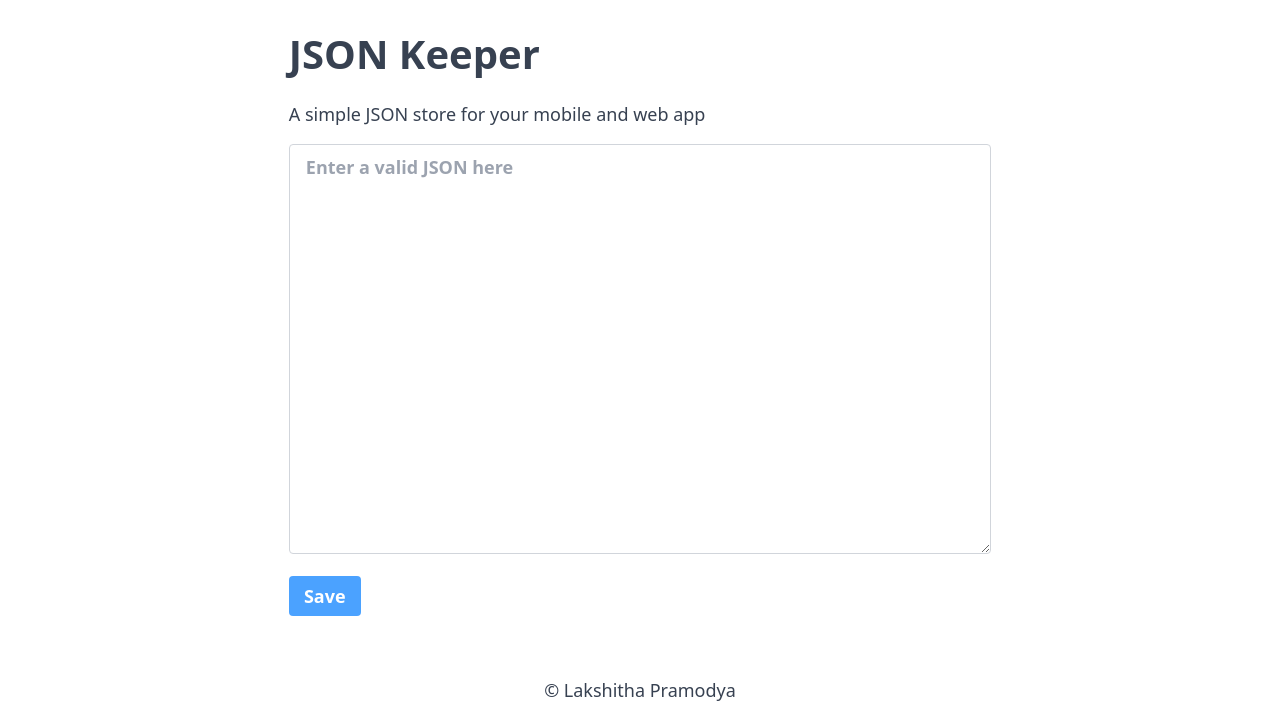
Repository: lakshithapramodya/jsonhub
Page: / (app in client/)
These files come from the project's save history. The page is drawn as it stood at one moment and after the next save; the edit follows.
The browser window is 1280 px wide. The pictures show the whole page.
The page's requests for data from a server got no answer. The project was rebuilt for these pictures with package versions that can differ from the ones it lists, and the page was loaded fresh each time. No one was signed in, and anything a server would have sent is missing. Also part of the build but not shown: client/src/HandleJsonData.js.

Above is the page before, as saved 2023-05-14 15:30:22.

After the next save:
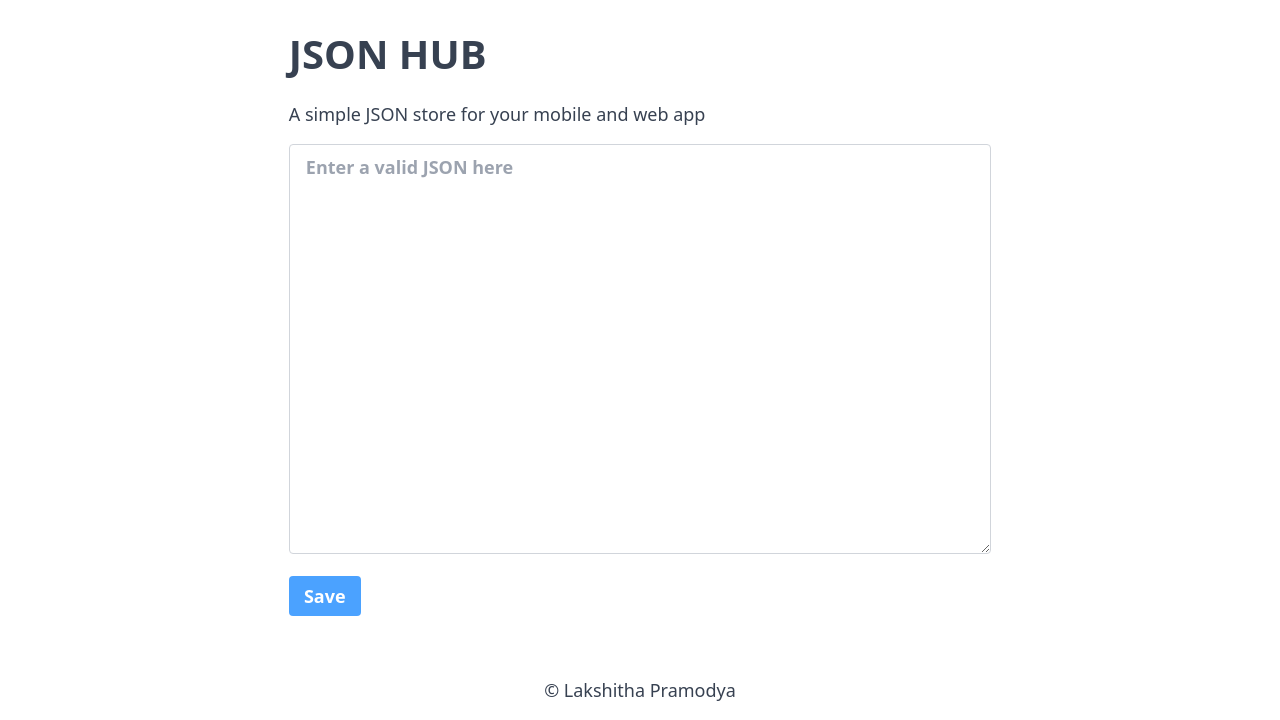
Saved 3 min 59 s later.
--- a/client/src/App.js
+++ b/client/src/App.js
@@ -49,7 +49,7 @@ function App() {
             </div>
           )}
           <h1 className="text-[2.5rem] font-semibold text-gray-700">
-            JSON Keeper
+            JSON HUB
           </h1>
           <p className="text-gray-700 text-lg">
             A simple JSON store for your mobile and web app
